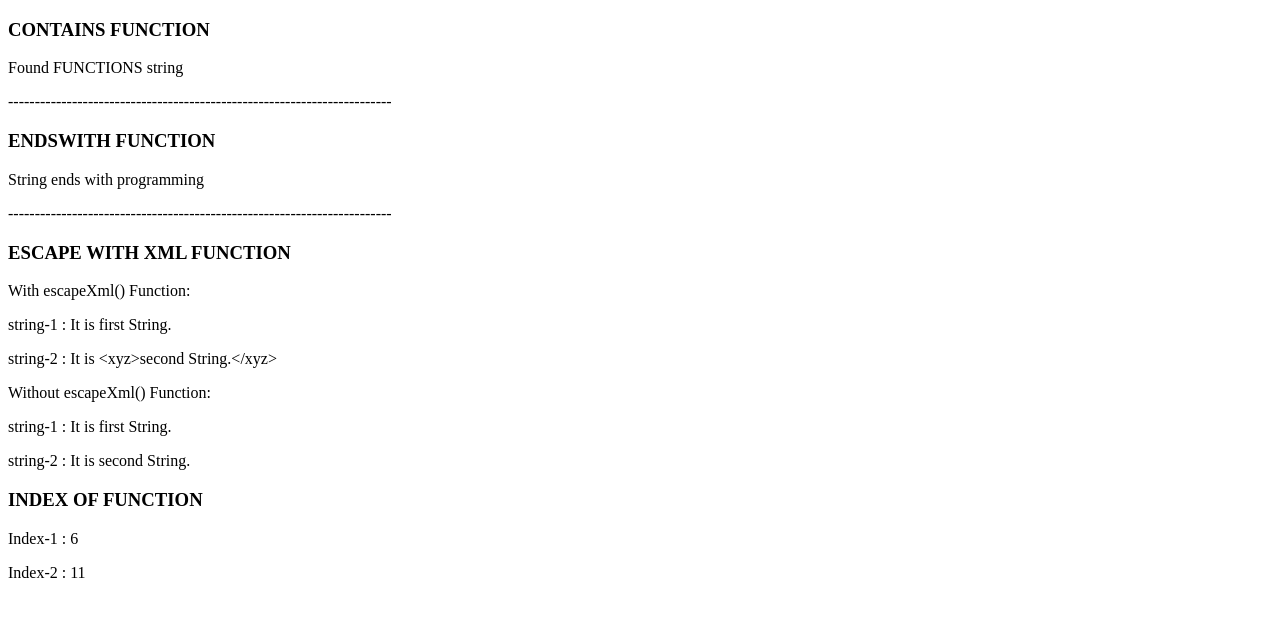
Repository: Siddhant1401/Aurionpro-J2EE
Page: http://localhost/04-JSTL-Tags/JSTLFunctions.jsp
These files come from the project's save history. The page is drawn as it stood at one moment and after the next save; the edit follows.
The browser window is 1280 px wide. The pictures show the whole page.
The page is served by Tomcat 9. Other server files are loaded and not shown.

Above is the page before, as saved 2023-10-13 04:58:14.

### 04-JSTL-Tags/WebContent/JSTLFunctions.jsp
<%@ page language="java" contentType="text/html; charset=ISO-8859-1"
	pageEncoding="ISO-8859-1"%>
<%@ taglib uri="http://java.sun.com/jsp/jstl/core" prefix="c"%>
<%@ taglib uri="http://java.sun.com/jsp/jstl/functions" prefix="fn"%>
<!DOCTYPE html PUBLIC "-//W3C//DTD HTML 4.01 Transitional//EN" "http://www.w3.org/TR/html4/loose.dtd">
<html>
<head>
<meta http-equiv="Content-Type" content="text/html; charset=ISO-8859-1">
<title>JSTL FUNCTIONS</title>
</head>
<body>

	<h3>CONTAINS FUNCTION</h3>
	<c:set var="String" value="Welcome to JSTL FUNCTIONS" />

	<c:if test="${fn:contains(String, 'FUNCTIONS')}">
		<p>Found FUNCTIONS string
		<p>
	</c:if>

	<c:if test="${fn:contains(String, 'functions')}">
		<p>Found functions string</p>
	</c:if>

	<p>------------------------------------------------------------------------</p>

	<h3>ENDSWITH FUNCTION</h3>
	<c:set var="String" value="Welcome to JSP programming" />

	<c:if test="${fn:endsWith(String, 'programming')}">
		<p>String ends with programming
		<p>
	</c:if>

	<c:if test="${fn:endsWith(String, 'JSP')}">
		<p>String ends with JSP
		<p>
	</c:if>

	<p>------------------------------------------------------------------------</p>

	<h3>ESCAPE WITH XML FUNCTION</h3>
	<c:set var="string1" value="It is first String." />
	<c:set var="string2" value="It is <xyz>second String.</xyz>" />

	<p>With escapeXml() Function:</p>
	<p>string-1 : ${fn:escapeXml(string1)}</p>
	<p>string-2 : ${fn:escapeXml(string2)}</p>

	<p>Without escapeXml() Function:</p>
	<p>string-1 : ${string1}</p>
	<p>string-2 : ${string2}</p>

	<!-- -------------------------------------------- ----------------------------->
	<h3>INDEX OF FUNCTION</h3>
	<c:set var="string1" value="It is first String." />
	<c:set var="string2" value="It is <xyz>second String.</xyz>" />

	<p>Index-1 : ${fn:indexOf(string1, "first")}</p>
	<p>Index-2 : ${fn:indexOf(string2, "second")}</p>
</body>
</html>

After the next save:
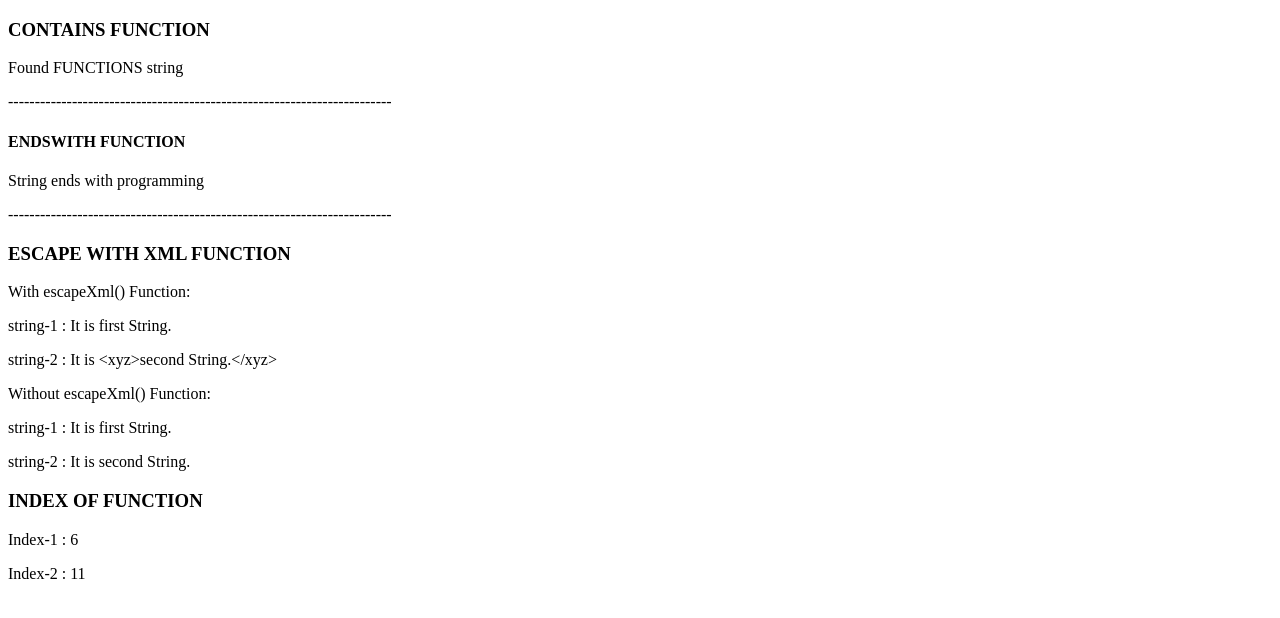
Saved 7 s later.
--- a/04-JSTL-Tags/WebContent/JSTLFunctions.jsp
+++ b/04-JSTL-Tags/WebContent/JSTLFunctions.jsp
@@ -24,7 +24,7 @@
 
 	<p>------------------------------------------------------------------------</p>
 
-	<h3>ENDSWITH FUNCTION</h3>
+	<h4>ENDSWITH FUNCTION</h4>
 	<c:set var="String" value="Welcome to JSP programming" />
 
 	<c:if test="${fn:endsWith(String, 'programming')}">
